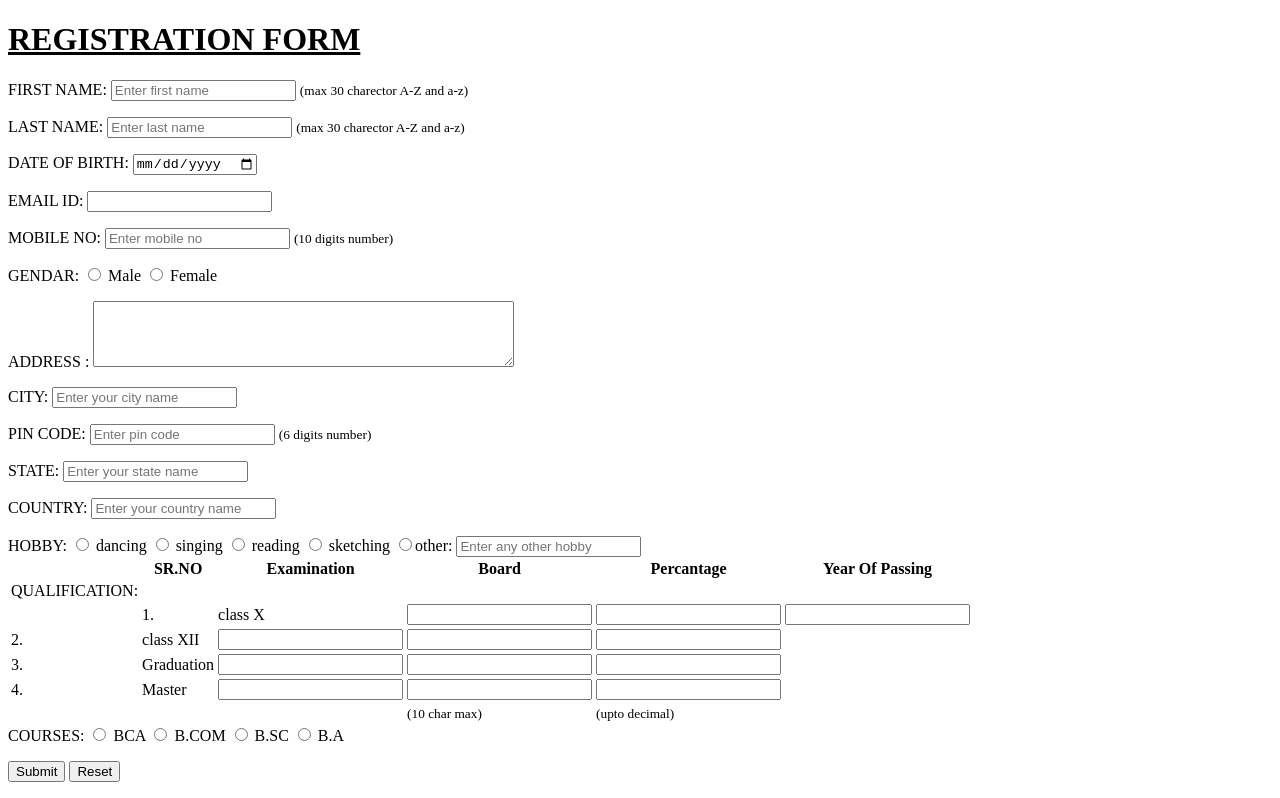
Repository: MintuKrishnan/subrahmanyam-batch
Page: front-end/html/form.html
These files come from the project's save history. The page is drawn as it stood at one moment and after the next save; the edit follows.
The browser window is 1280 px wide. The pictures show the whole page.

Above is the page before, as saved 2021-02-26 14:35:31.

After the next save:
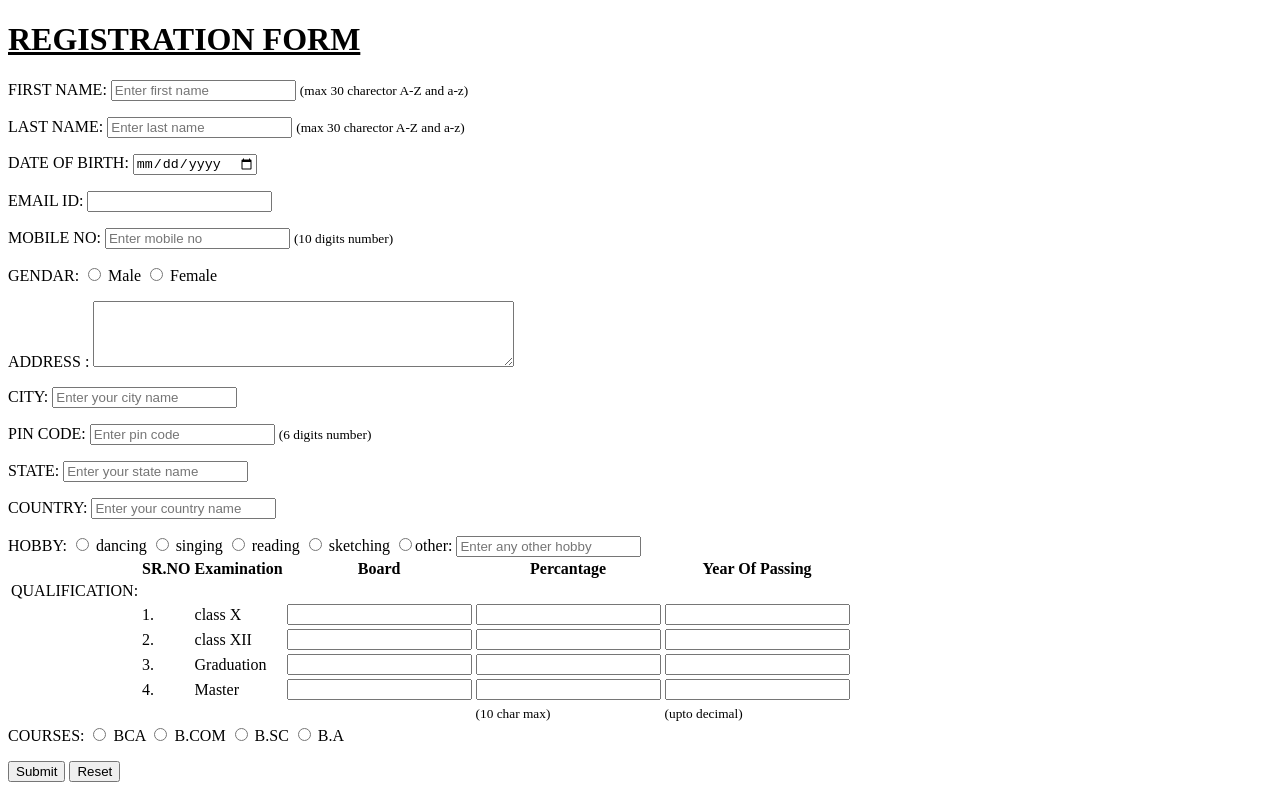
Saved 15 s later.
--- a/front-end/html/form.html
+++ b/front-end/html/form.html
@@ -90,6 +90,7 @@
             <td><input type="text"></td>
         </tr>
         <tr>
+            <td></td>
             <td>2.</td>
             <td>class XII</td>
             <td><input type="text"></td>
@@ -97,6 +98,7 @@
             <td><input type="text"></td>
         </tr>
         <tr>
+            <td></td>
             <td>3.</td>
             <td>Graduation</td>
             <td><input type="text"></td>
@@ -104,6 +106,7 @@
             <td><input type="text"></td>
         </tr>
         <tr>
+            <td></td>
             <td>4.</td>
             <td>Master</td>
             <td><input type="text"></td>
@@ -111,6 +114,7 @@
             <td><input type="text"></td>
         </tr>
         <tr>
+            <td></td>
             <td></td>
             <td></td>
             <td></td>
